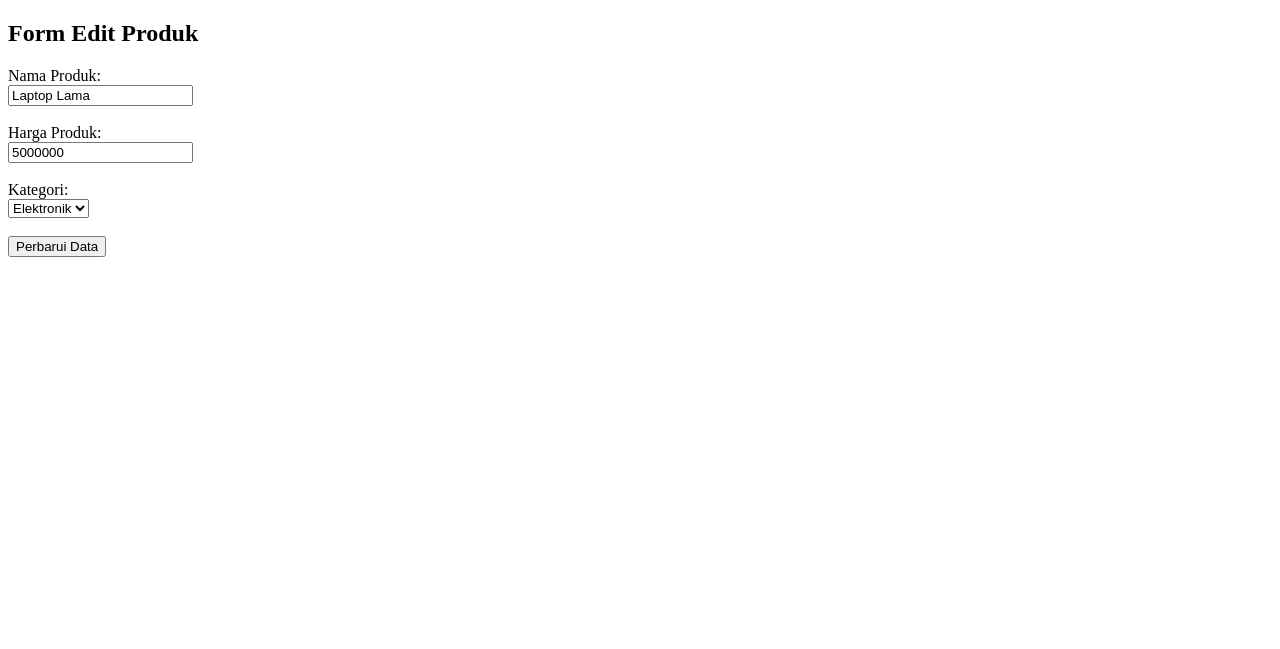
Repository: Bearli-py/latihan_laravel
Page: http://localhost/produk/edit
These files come from the project's save history. The page is drawn as it stood at one moment and after a run of saves; the edit follows.
The browser window is 1280 px wide. The pictures show the whole page.
Some web fonts or font styles are not loaded; a fallback is used. The page is served by the project's Laravel application, run on PHP 8.4 with Laravel 10. Other server files are loaded and not shown.

Above is the page before, as saved 2025-10-22 15:15:13.

### routes/web.php
<?php
use Illuminate\Http\Request;
use Illuminate\Support\Facades\Route;

/*
|--------------------------------------------------------------------------
| Web Routes
|--------------------------------------------------------------------------
|
| Here is where you can register web routes for your application. These
| routes are loaded by the RouteServiceProvider and all of them will
| be assigned to the "web" middleware group. Make something great!
|
*/

Route::get('/', function () {
    return view('welcome');
});

Route::get('/', function () {
return "Hello World";
});

Route::get('/user', function () {
return "Hello User";
});

// Langkah 1: Route GET untuk menampilkan form
Route::get('/form-produk', function () {
    return view('form-produk');
});

// Langkah 2: Route POST untuk menerima data form
Route::post('/kirim-produk', function (Request $request) {
    $nama = $request->input('nama');
    $harga = $request->input('harga');
    $kategori = $request->input('kategori');

    return "Produk bernama <b>$nama</b> dengan harga <b>Rp$harga</b> termasuk kategori <b>$kategori</b> berhasil dikirim!";
});

// Langkah 3: Route GET untuk menampilkan form edit
Route::get('/produk/edit', function () {
    return view('edit-produk');
});

// Langkah 4: Route PUT untuk menerima data edit
Route::put('/produk/update', function (Request $request) {
    $namaBaru = $request->input('nama');
    $hargaBaru = $request->input('harga');
    $kategoriBaru = $request->input('kategori');

    return "Data produk berhasil diperbarui menjadi:<br>
            <b>Nama:</b> $namaBaru <br>
            <b>Harga:</b> Rp$hargaBaru <br>
            <b>Kategori:</b> $kategoriBaru";
});

### resources/views/edit-produk.blade.php
<!DOCTYPE html>
<html lang="id">
<head>
    <meta charset="UTF-8">
    <meta name="viewport" content="width=device-width, initial-scale=1.0">
    <title>Edit Data Produk</title>
</head>
<body>
    <h2>Form Edit Produk</h2>

    <form action="/produk/update" method="POST">
        @csrf
        @method('PUT')

        <label>Nama Produk:</label><br>
        <input type="text" name="nama" value="Laptop Lama"><br><br>

        <label>Harga Produk:</label><br>
        <input type="number" name="harga" value="5000000"><br><br>

        <label>Kategori:</label><br>
        <select name="kategori">
            <option value="Elektronik">Elektronik</option>
            <option value="Makanan">Makanan</option>
            <option value="Minuman">Minuman</option>
    </select><br><br>

    <button type="submit">Perbarui Data</button>
</form>
</body>
</html>

After the next 2 saves:
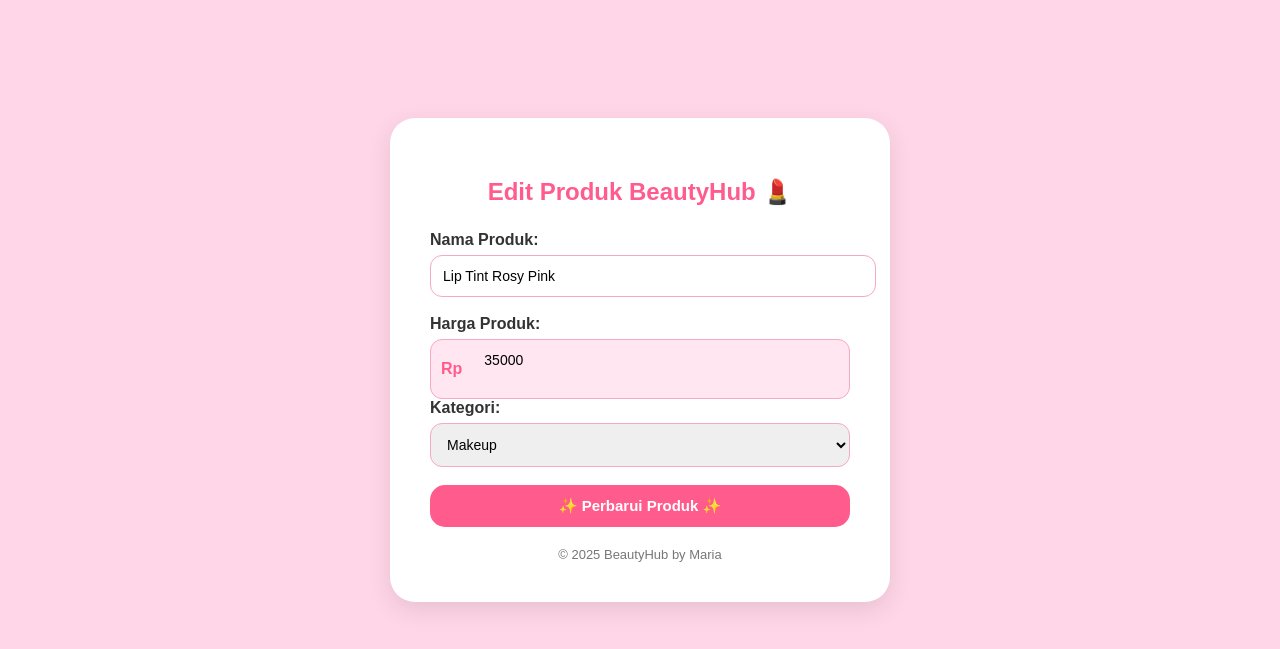
The 2 saves are shown as one change because they came seconds apart.
The last was saved 109 s later.
--- a/resources/views/edit-produk.blade.php
+++ b/resources/views/edit-produk.blade.php
@@ -3,29 +3,134 @@
 <head>
     <meta charset="UTF-8">
     <meta name="viewport" content="width=device-width, initial-scale=1.0">
-    <title>Edit Data Produk</title>
+    <title>Edit Produk BeautyHub</title>
+    <style>
+        @import url('https://fonts.googleapis.com/css2?family=Poppins:wght@400;500;600&family=Quicksand:wght@500;600&display=swap');
+
+        body {
+            font-family: 'Quicksand', sans-serif;
+            background-color: #ffd6e8;
+            margin: 0;
+            padding: 0;
+            display: flex;
+            justify-content: center;
+            align-items: center;
+            height: 100vh;
+        }
+
+        .form-container {
+            background-color: #fff;
+            border-radius: 25px;
+            padding: 40px;
+            width: 420px;
+            box-shadow: 0 8px 25px rgba(0, 0, 0, 0.1);
+            text-align: center;
+        }
+
+        h2 {
+            color: #ff5c8d;
+            margin-bottom: 25px;
+            font-weight: 700;
+        }
+
+        label {
+            display: block;
+            text-align: left;
+            font-weight: 600;
+            color: #333;
+            margin-bottom: 6px;
+        }
+
+        input, select {
+            width: 100%;
+            padding: 12px;
+            border-radius: 12px;
+            border: 1.5px solid #f4a9c4;
+            outline: none;
+            font-size: 14px;
+            margin-bottom: 18px;
+            transition: all 0.2s ease-in-out;
+        }
+
+        input:focus, select:focus {
+            border-color: #ff5c8d;
+            box-shadow: 0 0 4px rgba(255, 92, 141, 0.4);
+        }
+
+        .harga-wrapper {
+            display: flex;
+            align-items: center;
+            background: #ffe6f1;
+            border-radius: 12px;
+            border: 1.5px solid #f4a9c4;
+        }
+
+        .harga-wrapper span {
+            padding: 0 10px;
+            color: #ff5c8d;
+            font-weight: 600;
+        }
+
+        .harga-wrapper input {
+            border: none;
+            background: transparent;
+            flex: 1;
+            padding: 12px;
+        }
+
+        button {
+            background-color: #ff5c8d;
+            color: white;
+            border: none;
+            padding: 12px;
+            width: 100%;
+            border-radius: 15px;
+            cursor: pointer;
+            font-weight: 600;
+            font-size: 15px;
+            transition: background 0.3s ease-in-out;
+        }
+
+        button:hover {
+            background-color: #ff4081;
+        }
+
+        footer {
+            margin-top: 20px;
+            font-size: 13px;
+            color: #777;
+        }
+    </style>
 </head>
 <body>
-    <h2>Form Edit Produk</h2>
+    <div class="form-container">
+        <h2>Edit Produk BeautyHub 💄</h2>
 
-    <form action="/produk/update" method="POST">
-        @csrf
-        @method('PUT')
+        <form action="/produk/update" method="POST">
+            @csrf
+            @method('PUT')
 
-        <label>Nama Produk:</label><br>
-        <input type="text" name="nama" value="Laptop Lama"><br><br>
+            <label>Nama Produk:</label>
+            <input type="text" name="nama" value="Lip Tint Rosy Pink">
 
-        <label>Harga Produk:</label><br>
-        <input type="number" name="harga" value="5000000"><br><br>
+            <label>Harga Produk:</label>
+            <div class="harga-wrapper">
+                <span>Rp</span>
+                <input type="number" name="harga" value="35000" min="1000" step="500">
+            </div>
 
-        <label>Kategori:</label><br>
-        <select name="kategori">
-            <option value="Elektronik">Elektronik</option>
-            <option value="Makanan">Makanan</option>
-            <option value="Minuman">Minuman</option>
-    </select><br><br>
+            <label>Kategori:</label>
+            <select name="kategori">
+                <option value="Makeup">Makeup</option>
+                <option value="Skincare">Skincare</option>
+                <option value="Bodycare">Bodycare</option>
+                <option value="Haircare">Haircare</option>
+            </select>
 
-    <button type="submit">Perbarui Data</button>
-</form>
+            <button type="submit">✨ Perbarui Produk ✨</button>
+        </form>
+
+        <footer>© 2025 BeautyHub by Maria</footer>
+    </div>
 </body>
 </html>
